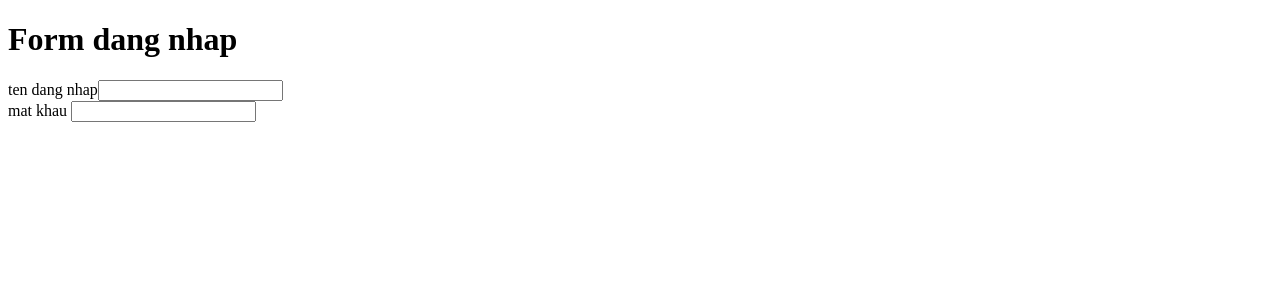
Repository: iamwind-dev/PHP
Page: http://localhost/tuan2/bai1/bai1.php
The author's editor kept a copy of each file at every save. The page is drawn from the files as they stood at one save, then again after the next save.
The browser window is 1280 px wide. The pictures show the whole page.
The page is run by PHP 8.4 with error messages shown; the project is at /var/www/html/.

Above is the page before, as saved 2023-09-15 14:50:11.

After the next save:
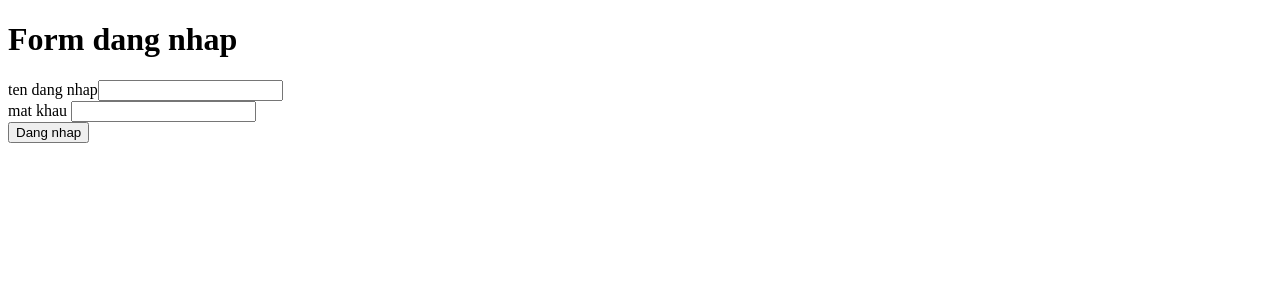
Saved 2 s later.
--- a/tuan2/bai1/bai1.php
+++ b/tuan2/bai1/bai1.php
@@ -15,7 +15,7 @@
     <form action="xulydangnhap.php" method="GET">
         ten dang nhap<input type="text" name="username"><br>
         mat khau <input type="password" name="password"><br>
-        <input type="submit" value="Dang nhap'>
+        <input type="submit" value="Dang nhap">
 </body>
 
 </html>
